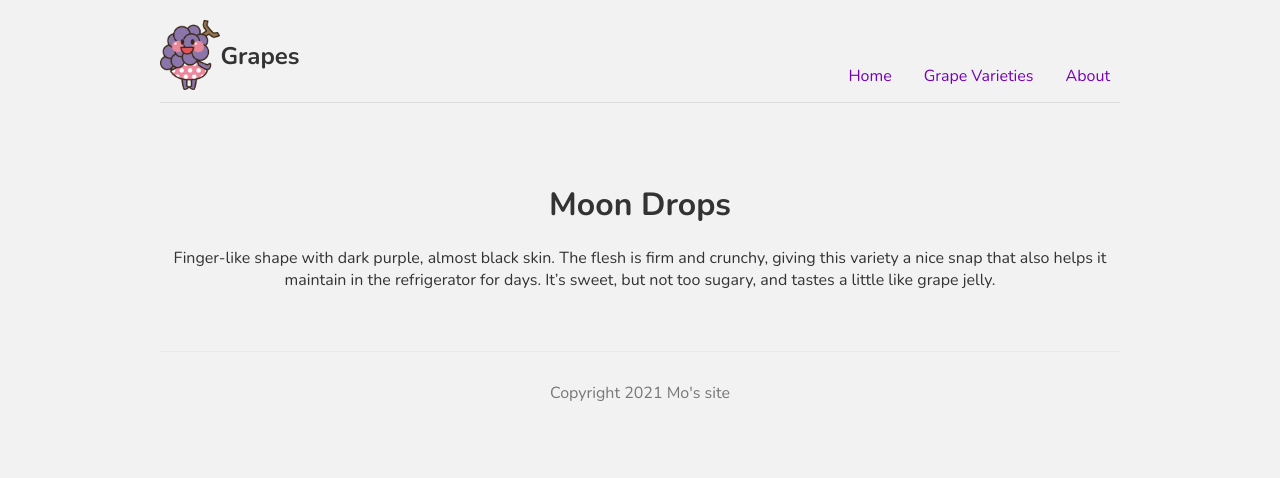
Repository: technogize/next-test-site
Page: /grapes/moon-drops
These files come from the project's save history. The page is drawn as it stood at one moment and after the next save; the edit follows.
The browser window is 1280 px wide. The pictures show the whole page.
The project was rebuilt for these pictures with package versions that can differ from the ones it lists, and the page was loaded fresh each time. The framework's server and built-in components were replaced by stand-ins that run in the browser.

Above is the page before, as saved 2021-10-02 21:26:48.

After the next save:
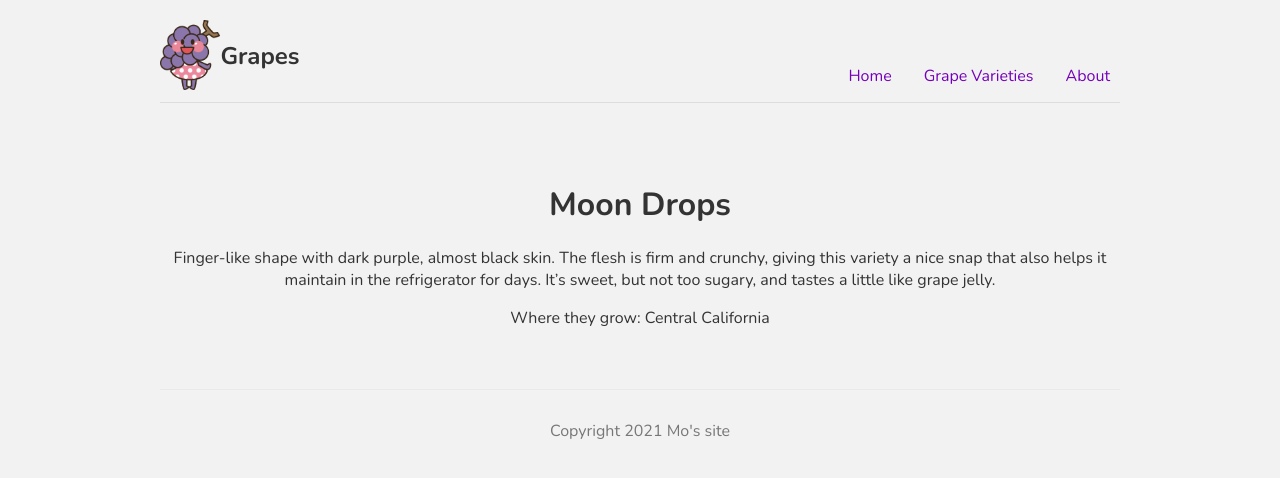
Saved 12 s later.
--- a/pages/grapes/moon-drops.js
+++ b/pages/grapes/moon-drops.js
@@ -5,6 +5,7 @@ const Cats = () => {
         <div>
             <h1>Moon Drops</h1>
             <p>Finger-like shape with dark purple, almost black skin. The flesh is firm and crunchy, giving this variety a nice snap that also helps it maintain in the refrigerator for days. It’s sweet, but not too sugary, and tastes a little like grape jelly.</p>
+            <p>Where they grow: Central California</p>
         </div>
     )
 }
